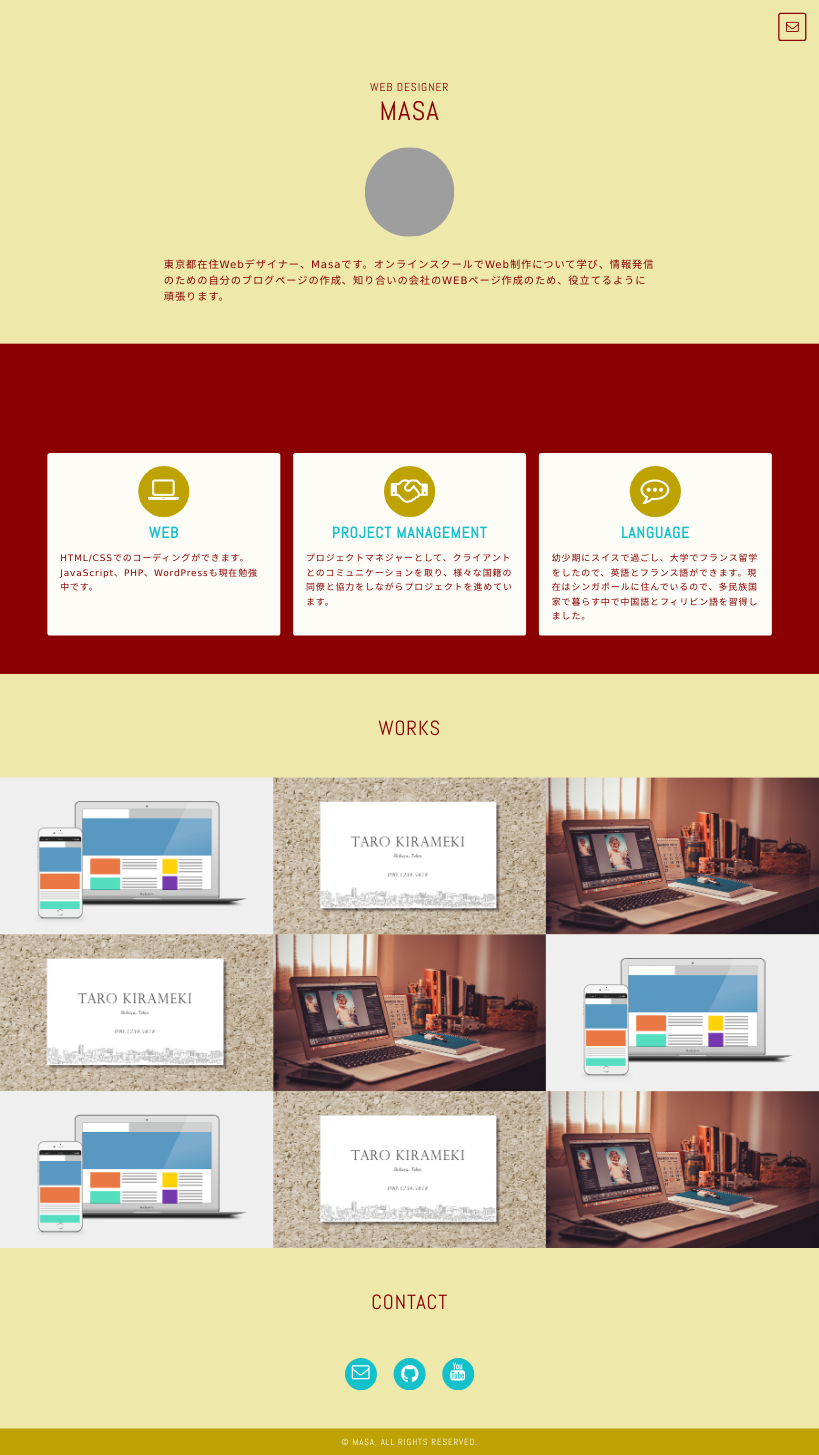
Repository: mochiai0908/maasa
Page: portofolio/index.html
The author's editor kept a record of every edit. The page is drawn from the files as they stood at one moment, then again after the next edit.
The browser window is 1280 px wide. The pictures show the whole page, at 64% of full size.
Pictures or frames that could not be fetched are drawn as grey boxes. Some web libraries are served in a nearby version.

Above is the page before.

### portofolio/index.html
<!DOCTYPE html>
<html lang="ja">
    <head>
        <meta charset="utf-8">
        <title>Web Designer - Masa</title>
        <meta name="description" content="Webデザイナー Masaのポートフォリオサイトです。東京を中心に活動しています。">
        <meta name="keywords" content="Web, デザイン, デザイナー, ポートフォリオ, Web制作">
        <link rel="stylesheet" href="https://cdnjs.cloudflare.com/ajax/libs/meyer-reset/2.0/reset.css">
        <link rel="stylesheet" href="./css/style.css">
        <link rel="stylesheet" href="https://maxcdn.bootstrapcdn.com/font-awesome/4.7.0/css/font-awesome.min.css">
    </head>
    <body>
        <header>
            <a href="#contact" class="button-contact"><i aria-label="お問い合わせ" class="fa fa-envelope-o"></i></a>
            <div class="profile">
                <h1 class="site-title abel uppercase text-center">Web Designer <span>Masa</span></h1>
                <img src="./images/img_profile_photo.jpg" alt="プロフィール写真" width="140" height="140" class="block-center profile-icon">
                <p>東京都在住Webデザイナー、Masaです。オンラインスクールでWeb制作について学び、情報発信のための自分のブログページの作成、知り合いの会社のWEBページ作成のため、役立てるように頑張ります。</p>
            </div>
        </header>
        <main>
    <section id="skills">
        <h2 class="text-center">Skills</h2>
        <div class="container">
            <div class="skill-box">
                <i aria-hidden="true" class="skill-icon fa fa-laptop"></i>
                <h3 class="text-center">Web</h3>
                <p>HTML/CSSでのコーディングができます。JavaScript、PHP、WordPressも現在勉強中です。</p>
            </div>
            <div class="skill-box">
                <i aria-hidden="true" class="fa fa-handshake-o" ></i>
                <h3 class="text-center">Project Management</h3>
                <p>プロジェクトマネジャーとして、クライアントとのコミュニケーションを取り、様々な国籍の同僚と協力をしながらプロジェクトを進めています。</p>
            </div>
            <div class="skill-box">
                <i aria-hidden="true" class="skill-icon fa fa-commenting-o"></i>
                <h3 class="text-center">Language</h3>
                <p>幼少期にスイスで過ごし、大学でフランス留学をしたので、英語とフランス語ができます。現在はシンガポールに住んでいるので、多民族国家で暮らす中で中国語とフィリピン語を習得しました。</p>
            </div>
        </div>
        </section>
    <section id="works">
        <h2 class="text-center">Works</h2>
        <div class="works-box">
            <a href="#">
                <img src="./images/img_work_site.png" alt="株式会社きらめき コーポレートサイト様 Webサイトデザイン">
                <div class="works-box-inner">
                    <div class="text-center">
                        <h3>株式会社きらめき コーポレートサイト</h3>
                        <small>2016.04.20</small>
                        <span class="button-readmore">Read More</span>
                    </div>
                </div>
            </a>
        </div>
        <div class="works-box">
            <a href="#">
                <img src="./images/img_work_card.jpg" alt="きらめき太郎様 名刺デザイン">
                <div class="works-box-inner">
                    <div class="text-center">
                        <h3>きらめき太郎様 名刺</h3>
                        <small>2016.04.20</small>
                        <span class="button-readmore">Read More</span>
                    </div>
                </div>
            </a>
        </div>
        <div class="works-box">
            <a href="#">
                <img src="./images/img_work_blog.jpg" alt="WordPressオリジナルテーマ">
                <div class="works-box-inner">
                    <div class="text-center">
                        <h3>ブログデザイン</h3>
                        <small>2016.04.20</small>
                        <span class="button-readmore">Read More</span>
                    </div>
                </div>
            </a>
        </div>
        <div class="works-box">
            <a href="#">
                <img src="./images/img_work_card.jpg" alt="きらめき太郎様 名刺デザイン">
                <div class="works-box-inner">
                    <div class="text-center">
                        <h3>きらめき太郎様 名刺</h3>
                        <small>2016.04.20</small>
                        <span class="button-readmore">Read More</span>
                    </div>
                </div>
            </a>
        </div>
        <div class="works-box">
            <a href="#">
                <img src="./images/img_work_blog.jpg" alt="WordPressオリジナルテーマ">
                <div class="works-box-inner">
                    <div class="text-center">
                        <h3>ブログデザイン</h3>
                        <small>2016.04.20</small>
                        <span class="button-readmore">Read More</span>
                    </div>
                </div>
            </a>
        </div>
        <div class="works-box">
            <a href="#">
                <img src="./images/img_work_site.png" alt="株式会社きらめき コーポレートサイト様 Webサイトデザイン">
                <div class="works-box-inner">
                    <div class="text-center">
                        <h3>株式会社きらめき コーポレートサイト</h3>
                        <small>2016.04.20</small>
                        <span class="button-readmore">Read More</span>
                    </div>
                </div>
            </a>
        </div>
        <div class="works-box">
            <a href="#">
                <img src="./images/img_work_site.png" alt="株式会社きらめき コーポレートサイト様 Webサイトデザイン">
                <div class="works-box-inner">
                    <div class="text-center">
                        <h3>株式会社きらめき コーポレートサイト</h3>
                        <small>2016.04.20</small>
                        <span class="button-readmore">Read More</span>
                    </div>
                </div>
            </a>
        </div>
        <div class="works-box">
            <a href="#">
                <img src="./images/img_work_card.jpg" alt="きらめき太郎様 名刺デザイン">
                <div class="works-box-inner">
                    <div class="text-center">
                        <h3>きらめき太郎様 名刺</h3>
                        <small>2016.04.20</small>
                        <span class="button-readmore">Read More</span>
                    </div>
                </div>
            </a>
        </div>
        <div class="works-box">
            <a href="#">
                <img src="./images/img_work_blog.jpg" alt="WordPressオリジナルテーマ">
                <div class="works-box-inner">
                    <div class="text-center">
                        <h3>ブログデザイン</h3>
                        <small>2016.04.20</small>
                        <span class="button-readmore">Read More</span>
                    </div>
                </div>
            </a>
        </div>
    </section>
    <section id="contact">
        <h2 class="text-center">Contact</h2>
        <ul>
            <li><a href="mailto:dongbaka98@gmail.com"><i aria-label="メール" class="fa fa-envelope-o"></i></a></li>
            <li class="github"><a href="https://github.com/mochiai0908"><i aria-label="GitHub" class="fa fa-github"></i></a></li>
            <li class="youtube"><a href="#"><i aria-label="Youtube" class="fa fa-youtube" ></i></a></li>
        </ul>
    </section>
        </main>
    <footer>
        <small class="abel uppercase">&copy; Masa, All Rights Reserved.</small>
    </footer>
    </body>
</html>

### portofolio/css/style.css
@charset "UTF-8";    /* 文字コードの指定 */

@import 'https://fonts.googleapis.com/css?family=Abel';    /* Google Fonts用のCSSを読み込み */

html
{
    font-size: 62.5%;
}

body
{
    font-family: '游ゴシック', YuGothic, 'メイリオ', Verdana, 'Hiragino Kaku Gothic ProN', Meiryo, sans-serif;
    font-size: 1.4rem;
    line-height: 1.6;
    letter-spacing: .1em;
    color: #8b0000;
    background-color: #eee8aa;
}

a
{
    text-decoration: none;

    color: #8b0000;
}
a:visited
{
    color: #0f949b;
}
a:hover
{
    color: #0f949b;
}
a:active
{
    color: #16d6e0;
}
a:hover
{
    text-decoration: underline;
}

.text-center
{
    text-align: center;
}

.block-center,
section .container,
#skills i
{
    display: block;

    margin-right: auto;
    margin-left: auto;
}

.abel,
section h2,
#skills h3,
#works .works-box a .works-box-inner .button-readmore
{
    font-family: 'Abel', sans-serif;
}

.uppercase,
section h2,
#skills h3,
#works .works-box a .works-box-inner .button-readmore
{
    text-transform: uppercase;
}
.button-contact
{
    font-size: 20px;
    line-height: 0;
    display: block;
    float: right;
    width: 20px;
    height: 20px;
    margin: 20px 20px 0 0;
    padding: 10px;
    text-align: center;
    color: #8b0000;
    border: 2px solid #8b0000;
    -webkit-border-radius: 4px;
       -moz-border-radius: 4px;
            border-radius: 4px;
}
.button-contact:visited
{
    color: #8b0000;
}
.button-contact:hover,
.button-contact:active
{
    color: #8b0000;
    background-color: #8b0000;
}

header .profile
{
    clear: both;
    width: 60%;
    margin: 0 auto;
    padding: 60px 0;
}
header .site-title
{
    font-size: 1.8rem;
    line-height: normal;
}
header .site-title span
{
    font-size: 4.2rem;
    display: block;

    color: #8b0000;
}
header .profile-icon
{
    margin: 30px auto;
    -webkit-border-radius: 50%;
       -moz-border-radius: 50%;
            border-radius: 50%;
}
header p
{
    font-size: 1.6rem;
}
section
{
    padding: 60px 0;
}
section .container
{
    width: 90%;
}
section h2
{
    font-size: 3.2rem;
}
#skills
{
    background-color: #8b0000;
}
#skills .container
{
    display: -webkit-flex;
    display:         flex;
    justify-content: space-between;
}
#skills h2
{
    margin-bottom: 60px;
    color: #8b0000;
}
#skills .skill-box
{
    -webkit-box-sizing: border-box;
       -moz-box-sizing: border-box;
            box-sizing: border-box;
    -webkit-flex: 1;
            flex: 1;
    margin: 0px 10px;
    padding: 20px;
    -webkit-border-radius: 4px;
       -moz-border-radius: 4px;
            border-radius: 4px;
    background-color: #fdfcf6;
}
#skills i
{
    font-size: 4.5rem;
    -webkit-box-sizing: border-box;
       -moz-box-sizing: border-box;
            box-sizing: border-box;
    width: 80px;
    height: 80px;
    margin-bottom: 5px;
    padding-top: 15px;
    text-align: center;
    color: #fff;
    -webkit-border-radius: 50%;
       -moz-border-radius: 50%;
            border-radius: 50%;
    background-color: #bea300;
}
#skills h3
{
    font-size: 2.4rem;
    font-weight: bold;
    margin-bottom: 10px;
    color: #14c0c9;
}
#works
{
    padding-bottom: 0;
}
#works h2
{
    margin-bottom: 50px;
}
#works .works-box
{
    float: left;
    width: 33.33333%;
    height: 100%;
}

#works .works-box a
{
    position: relative;
    display: block;
}
#works .works-box a .works-box-inner
{
    position: absolute;
    top: 0;
    left: 0;
    display: none;
    height: 100%;
    color: #fff;
    background-color: rgba(0, 0, 0, .7);
}
#works .works-box a .works-box-inner div
{
    position: absolute;
    top: 0;
    right: 0;
    bottom: 0;
    left: 0;
    height: 40%;
    margin: auto;
    padding: 10px 20px;
}
#works .works-box a .works-box-inner h3
{
    font-size: 1.6rem;
    font-weight: bold;
    margin: 0 0 5px;
}
#works .works-box a .works-box-inner small
{
    font-size: 1rem;
    display: block;
    margin-bottom: 15px;
}
#works .works-box a .works-box-inner .button-readmore
{
    font-size: 1rem;
    font-weight: bold;
    display: block;
    width: 180px;
    margin: auto;
    padding: 5px 0;
    text-align: center;
    color: #fff;
    -webkit-border-radius: 4px;
       -moz-border-radius: 4px;
            border-radius: 4px;
    background-color: #14c0c9;
}
#works .works-box a .works-box-inner .button-readmore:hover
{
    background-color: #0f949b;
}
#works .works-box a:hover .works-box-inner
{
    display: block;
    width: 100%;
}
#works .works-box img
{
    display: block;
    max-width: 100%;
}

#works::after
{
    display: block;
    clear: both;
    content: '';
}
#contact ul
{
    margin-top: 60px;
    text-align: center;
}
#contact ul li
{
    font-size: 2.8rem;
    display: inline-block;
    -webkit-box-sizing: border-box;
       -moz-box-sizing: border-box;
            box-sizing: border-box;
    margin-right: 20px;
    text-align: center;
    vertical-align: top;
}
#contact ul li:last-child
{
    margin-right: 0;
}
#contact ul .github,
#contact ul .skype
{
    font-size: 3.2rem;
}
#contact ul .github i
{
    margin-left: 2px;
}
#contact ul a
{
    display: block;
    width: 50px;
    height: 50px;
    color: #fff;
    -webkit-border-radius: 50%;
       -moz-border-radius: 50%;
            border-radius: 50%;
    background-color: #14c0c9;
}
#contact ul a:hover
{
    background-color: #8b0000;
}
footer
{
    padding: 10px 0;
    text-align: center;
    color: #fff;
    background-color: #bea300;
}

After the next edit:
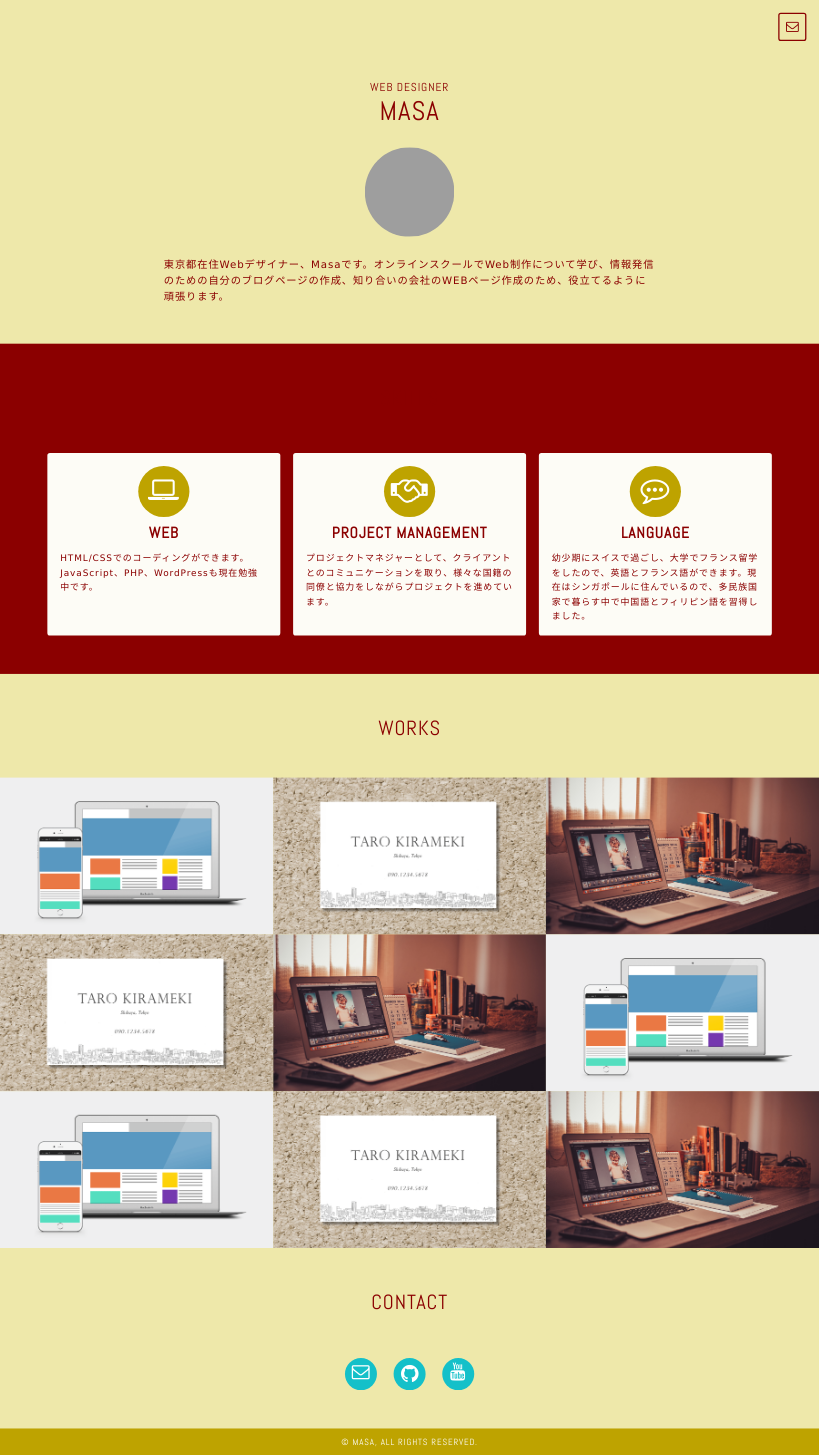
The edit:
--- a/portofolio/css/style.css
+++ b/portofolio/css/style.css
@@ -191,7 +191,7 @@
     font-size: 2.4rem;
     font-weight: bold;
     margin-bottom: 10px;
-    color: #14c0c9;
+    color: #8b0000;
 }
 #works
 {
